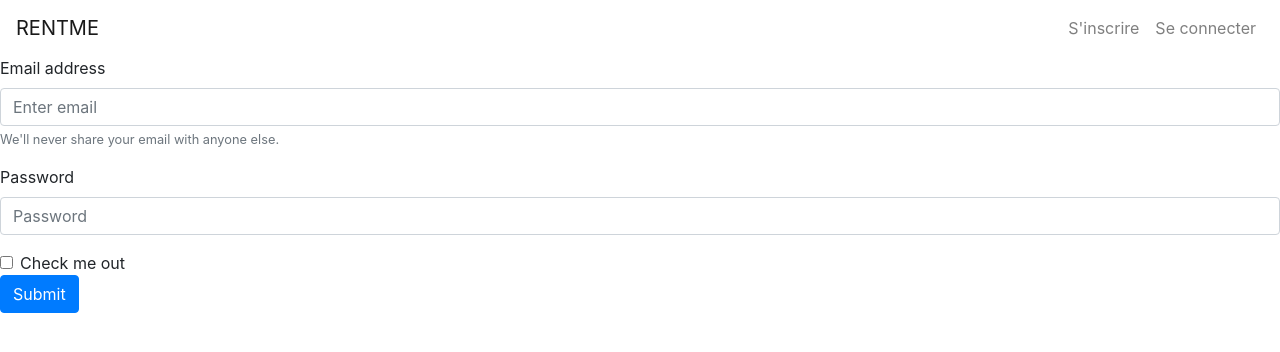
Repository: johan1412/rentme-front
Page: /login
An editor plug-in stored every save of this project. The page is shown before and after a run of saves, followed by the edit.
The browser window is 1280 px wide. The pictures show the whole page.
The project was rebuilt for these pictures with package versions that can differ from the ones it lists, and the page was loaded fresh each time. Also part of the build but not shown: vue.config.js, src/components/auth/Register.vue, src/components/Home.vue.

Above is the page before, as saved 2021-12-14 18:58:27.

After the next 2 saves:
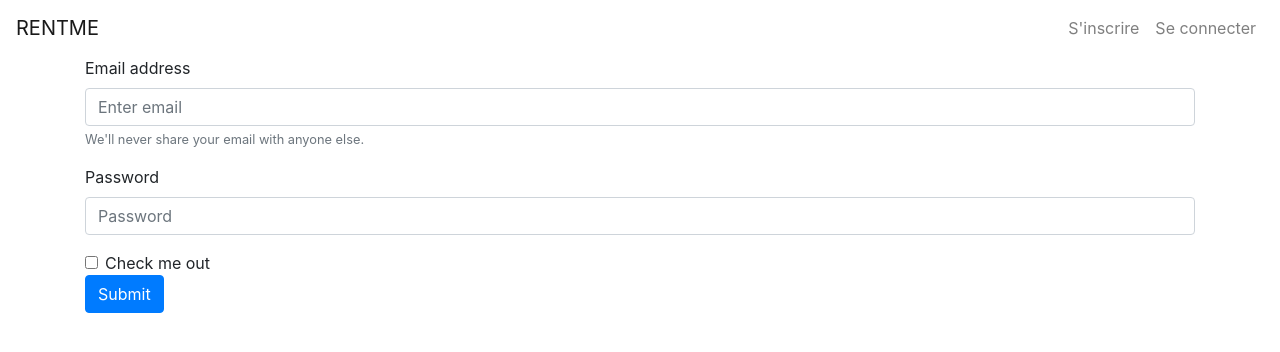
The 2 saves are shown as one change because they came seconds apart.
The last was saved 6 s later.
--- a/src/components/auth/Login.vue
+++ b/src/components/auth/Login.vue
@@ -1,7 +1,7 @@
 <template>
 <div>
 <nav-bar />
-<div>
+<div class="container">
   <form>
       <div class="form-group">
         <label for="exampleInputEmail1">Email address</label>
